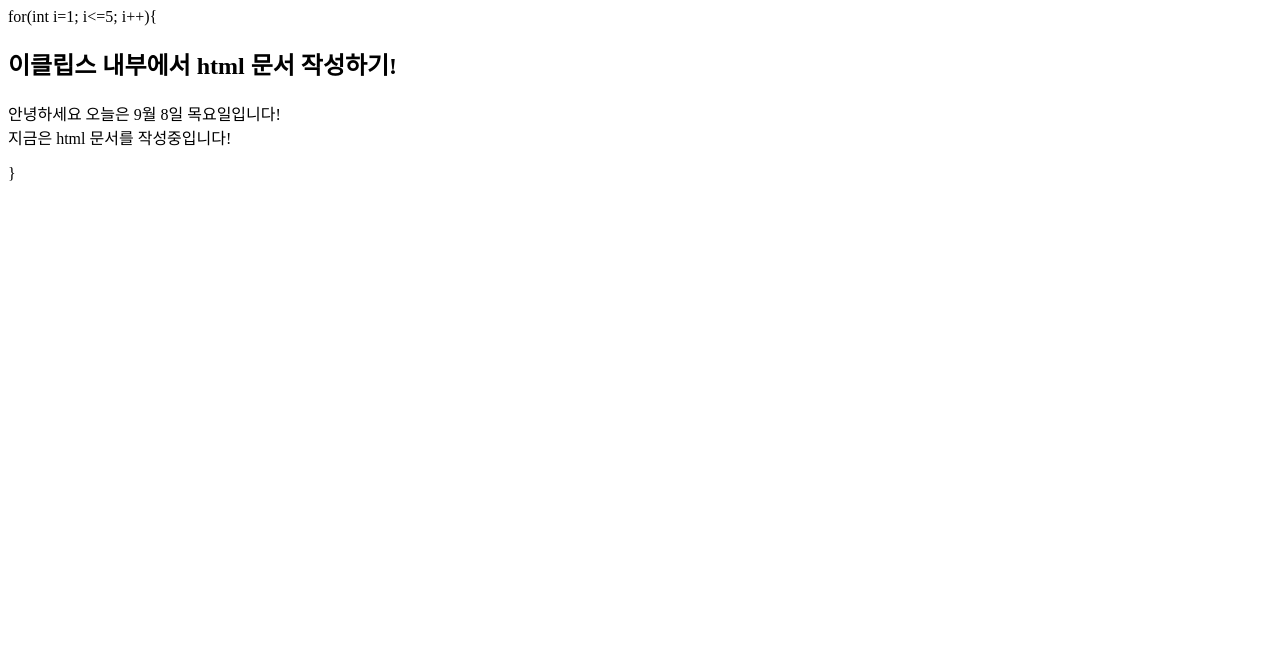
Repository: kitae1995/jsp-pratice
Page: http://localhost/JspBasic/Hello.jsp
These files come from the project's save history. The page is drawn as it stood at one moment and after the next save; the edit follows.
The browser window is 1280 px wide. The pictures show the whole page.
The page is served by Tomcat 9. Other server files are loaded and not shown.

Above is the page before, as saved 2023-09-08 07:53:45.

### JspBasic/src/main/webapp/Hello.jsp
<%@ page language="java" contentType="text/html; charset=UTF-8"
    pageEncoding="UTF-8"%>
<!DOCTYPE html>
<html>
<head>
<meta charset="UTF-8">
<title>Insert title here</title>
</head>
<body>
	for(int i=1; i<=5; i++){
	<h2>이클립스 내부에서 html 문서 작성하기!</h2>
	<p>
	안녕하세요 오늘은 9월 8일 목요일입니다!<br>
	지금은 html 문서를 작성중입니다!
	</p>
	}
</body>
</html>

After the next save:
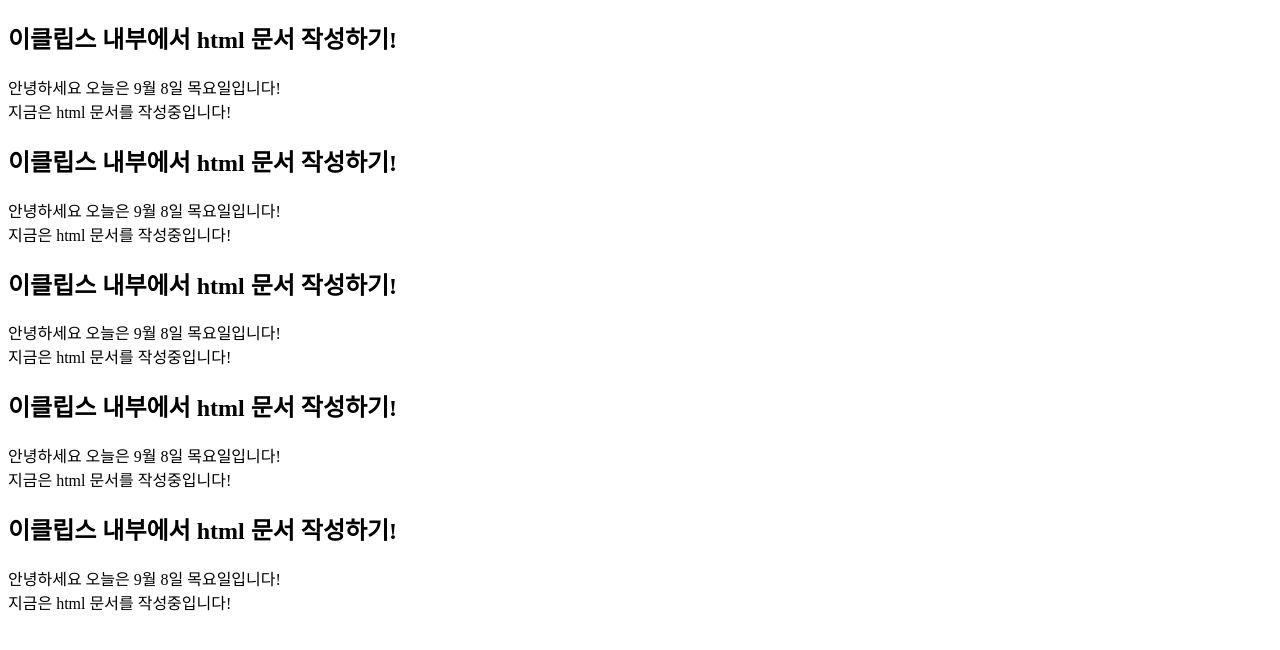
Saved 83 s later.
--- a/JspBasic/src/main/webapp/Hello.jsp
+++ b/JspBasic/src/main/webapp/Hello.jsp
@@ -6,13 +6,15 @@
 <meta charset="UTF-8">
 <title>Insert title here</title>
 </head>
+
 <body>
-	for(int i=1; i<=5; i++){
+	<% for(int i=1; i<=5; i++){ %>
 	<h2>이클립스 내부에서 html 문서 작성하기!</h2>
 	<p>
 	안녕하세요 오늘은 9월 8일 목요일입니다!<br>
 	지금은 html 문서를 작성중입니다!
 	</p>
-	}
+	<% }                        %>
 </body>
+
 </html>
